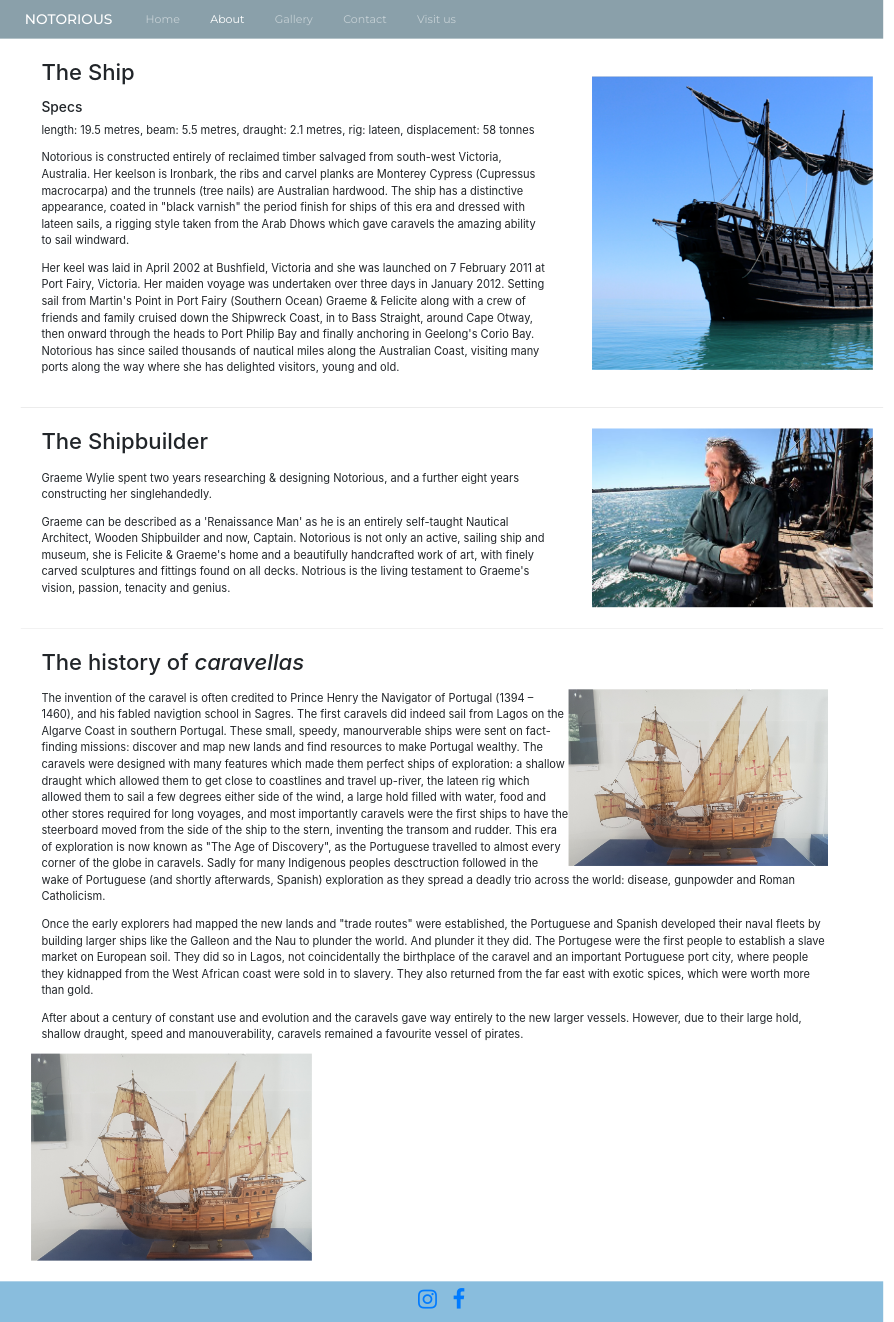
Repository: TSRose/NotorioustheShip
Page: about.html
The author's editor kept a record of every edit. The page is drawn from the files as they stood at one moment, then again after the next edit.
The browser window is 1280 px wide. The page is 1295 px wide, so the pictures cover 1295 px, including what lies to the right of the window. The pictures show the whole page, at 69% of full size.

Above is the page before.

After the next edit:
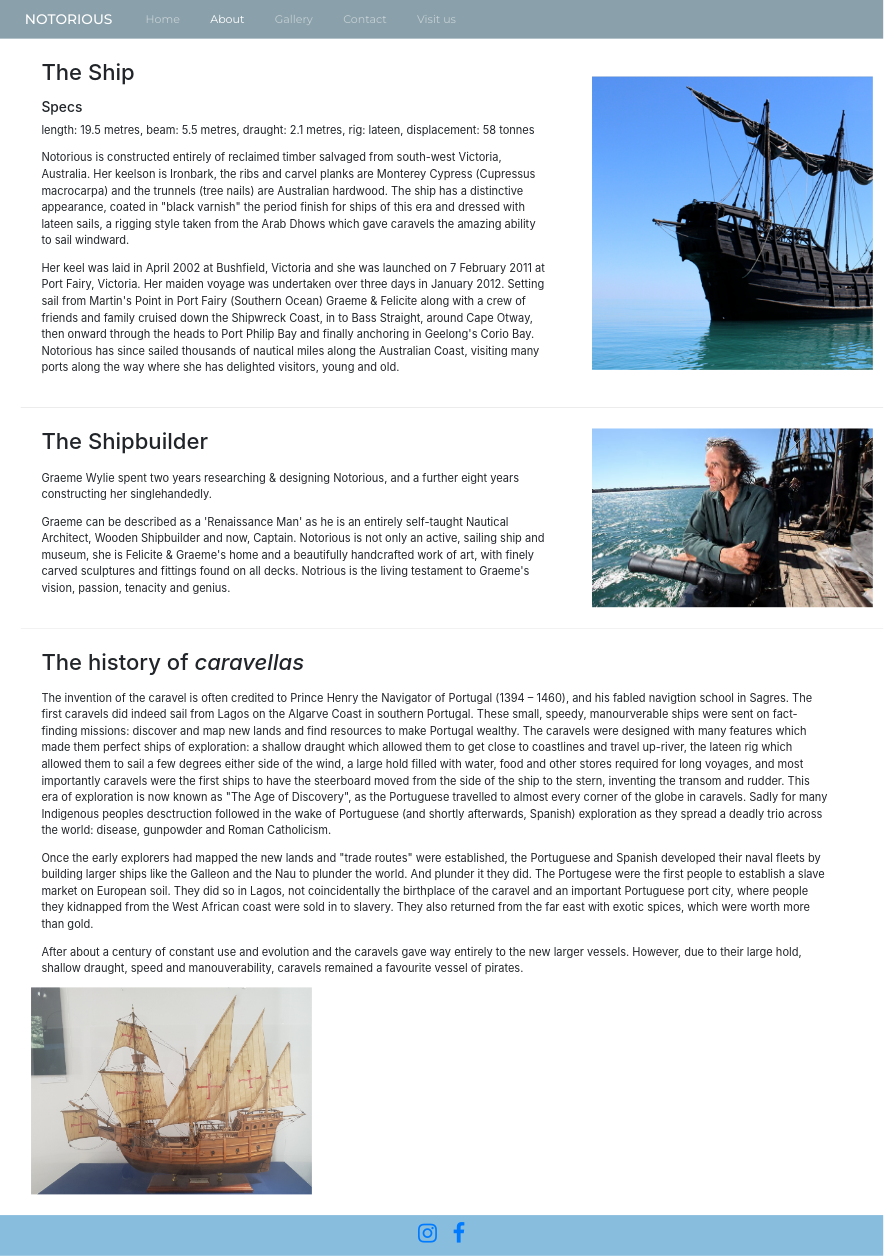
The edit:
--- a/about.html
+++ b/about.html
@@ -75,7 +75,6 @@
                 <div class="col-12  d-md-block">
                     <div class="thehistory article-wrapper">
                         <h2>The history of <em>caravellas</em></h2>
-                        <img src="images/portuguesecaravelmodel.jpg" style="float: right; width: 33%;" alt="Model ship">
                         <p>The invention of the caravel is often credited to Prince Henry the Navigator of Portugal (1394 – 1460), and his fabled navigtion school in Sagres. The
                         first caravels did indeed sail from Lagos on the Algarve Coast in southern Portugal. These small, speedy, manourverable ships were sent on fact-finding missions:
                         discover and map new lands and find resources to make Portugal wealthy. The caravels were designed with many features which made them perfect ships of exploration: a shallow
